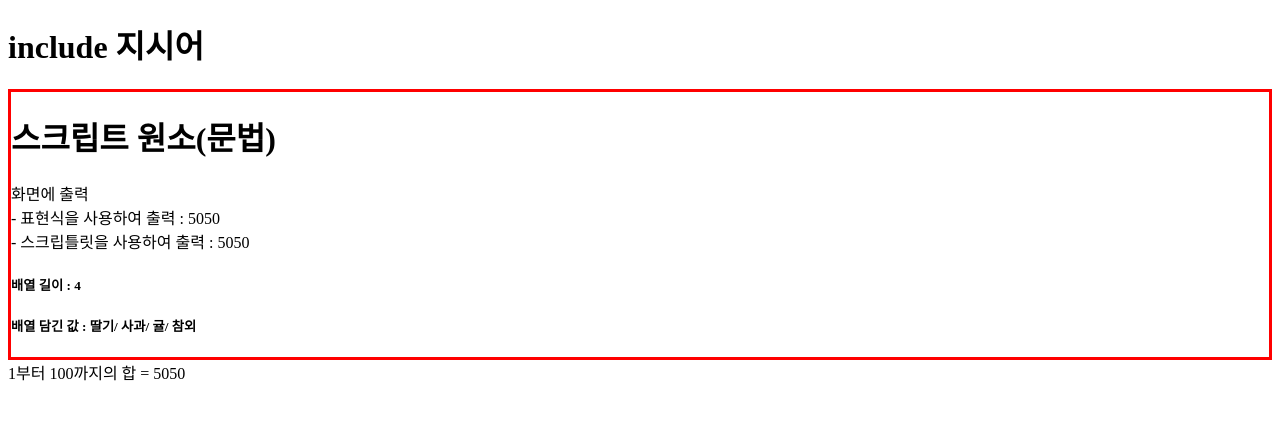
Repository: kkh1396/kh_front
Page: http://localhost/2_jsp/views/1_Basic/4_directiveInclude.jsp
These files come from the project's save history. The page is drawn as it stood at one moment and after the next save; the edit follows.
The browser window is 1280 px wide. The pictures show the whole page.
The page is served by Tomcat 9.

Above is the page before, as saved 2025-03-20 02:32:28.

After the next save:
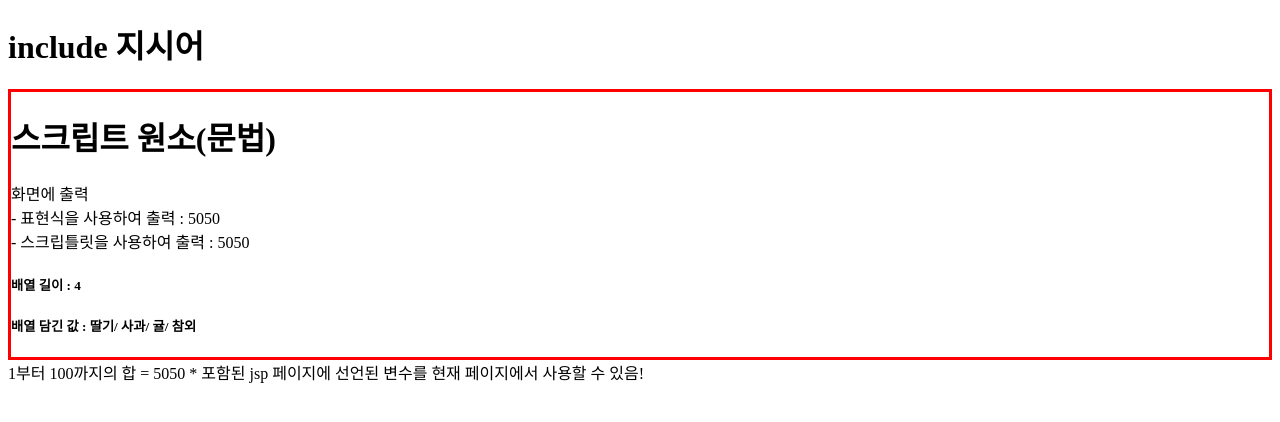
Saved 41 s later.
--- a/05_server/2_jsp/src/main/webapp/views/1_Basic/4_directiveInclude.jsp
+++ b/05_server/2_jsp/src/main/webapp/views/1_Basic/4_directiveInclude.jsp
@@ -17,7 +17,7 @@
     </div>
 
 	1부터 100까지의 합 = <%= sum %>
-
+	* 포함된 jsp 페이지에 선언된 변수를 현재 페이지에서 사용할 수 있음!
 
 
 </body>
